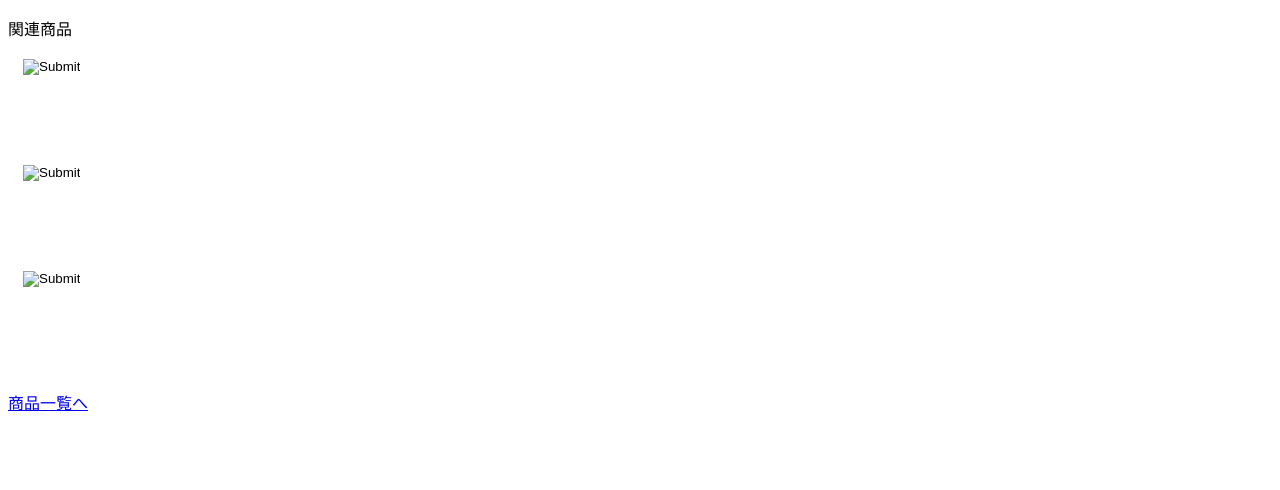
Repository: a4b3c2d1/backup
Page: http://localhost/sagaone-master/itemDetail.jsp
These files come from the project's save history. The page is drawn as it stood at one moment and after the next save; the edit follows.
The browser window is 1280 px wide. The pictures show the whole page.
The page is served by Tomcat 9. Other server files are loaded and not shown.

Above is the page before, as saved 2018-01-14 10:05:16.

### sagaone-master/WebContent/itemDetail.jsp
<%@ page language="java" contentType="text/html; charset=UTF-8"
	pageEncoding="UTF-8"%>
<%@ taglib prefix="s" uri="/struts-tags"%>

<!DOCTYPE html PUBLIC "-//W3C//DTD HTML 4.01 Transitional//EN" "http://www.w3.org/TR/html4/loose.dtd">
<html>
<head>
<meta http-equiv="Content-Type" content="text/html; charset=UTF-8">
<title>商品詳細</title>
</head>
<body>

	<p>
		<s:iterator value="#session.itemdetailDTOList">
			<s:form action="CartAction">
				<tr>
					<td><s:property value="product_name" /></td>
					<td><s:property value="product_name_kana" /></td>
					<td><img src=<s:property value="image_file_path"/> width=auto
						height="200"></td>
					<td><s:property value="price" />円</td>
					<td><select name="count">
							<option value="1" selected="selected">1</option>
							<option value="2">2</option>
							<option value="3">3</option>
							<option value="4">4</option>
							<option value="5">5</option>
					</select></td>
					<td><s:property value="release_company" /></td>
					<td><s:property value="release_date" /></td>
					<td><s:property value="product_description" /></td>
					<td><input type="hidden" name="product_id"
						value="<s:property value='product_id' />"></input></td>
					<td><input type="hidden" name="category_id"
						value="<s:property value='category_id' />"></input></td>
					<td><s:hidden name="addFlg" value="1"></s:hidden></td>
					<td><input type="submit" value="カートに入れる"
						onClick="alert('カートにいれました！');">
					<td>
				</tr>
			</s:form>
		</s:iterator>
	</p>

	<p>
		<s:iterator value="#session.itemdetailDTOList">
			<s:form action="ReviewAction">
				<tr>
					<td><input type="hidden" name="product_id"
						value="<s:property value='product_id' />"></input></td>
					<td><input type="hidden" name="category_id"
						value="<s:property value='category_id' />"></input></td>
					<td><input type="submit" value="レビューを書く"
						<s:if test="%{#session.loginUser !=''}">
					onClick="alert('ログインしてください！');"</s:if>>
				</tr>
			</s:form>
		</s:iterator>

		<s:iterator value="#session.reviewDTO2List">

			<tr>
				<td><s:property value="user_id" /></td>
				<td><s:property value="update_date" /></td>
				<td><s:property value="value" /></td>
				<td><s:property value="review" /></td>
			</tr>
			<br>

		</s:iterator>
	</p>
	<p>
		関連商品
		<s:iterator value="#session.itemrelativeDTOList" begin="0" end="2">
			<s:form action="ItemDetailAction">
				<tr>
					<td><s:property value="product_name" />
					<td><input type="hidden" name="product_id"
						value="<s:property value='product_id' />"></input></td>
					<td><input type="hidden" name="category_id"
						value="<s:property value='category_id' />"></input></td>
					<td><input type="image"
						src="<s:property value="image_file_path"/>" width=auto
						height="100" /></td>
				</tr>
			</s:form>
		</s:iterator>
	</p>
	<s:a href="ItemAction">商品一覧へ</s:a>
</body>
</html>

After the next save:
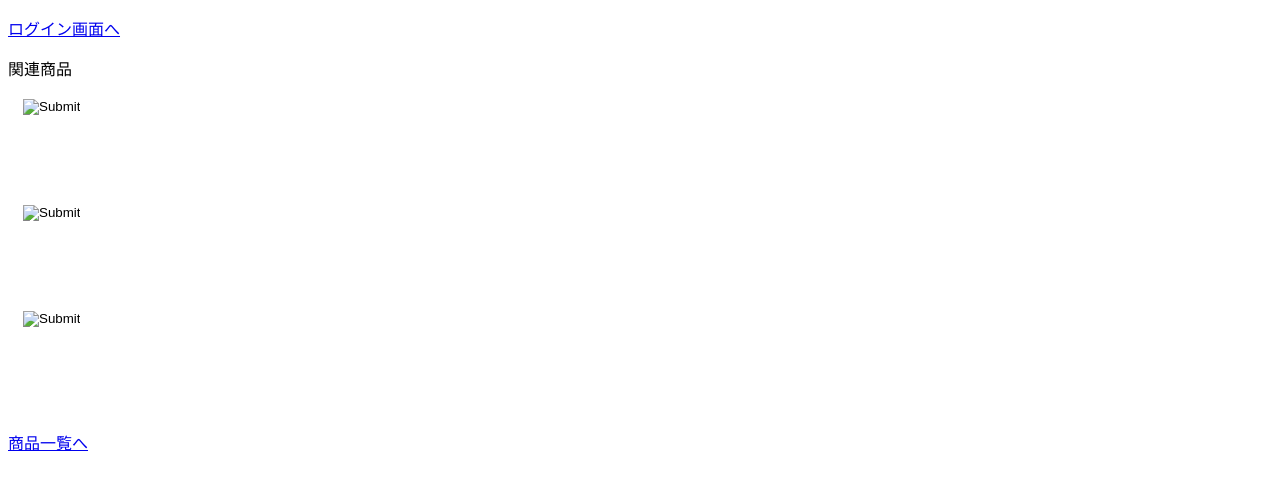
Saved 5 min 15 s later.
--- a/sagaone-master/WebContent/itemDetail.jsp
+++ b/sagaone-master/WebContent/itemDetail.jsp
@@ -57,6 +57,8 @@
 			</s:form>
 		</s:iterator>
 
+		<s:a href="ItemAction">ログイン画面へ</s:a>
+
 		<s:iterator value="#session.reviewDTO2List">
 
 			<tr>

After the 4 saves that followed:
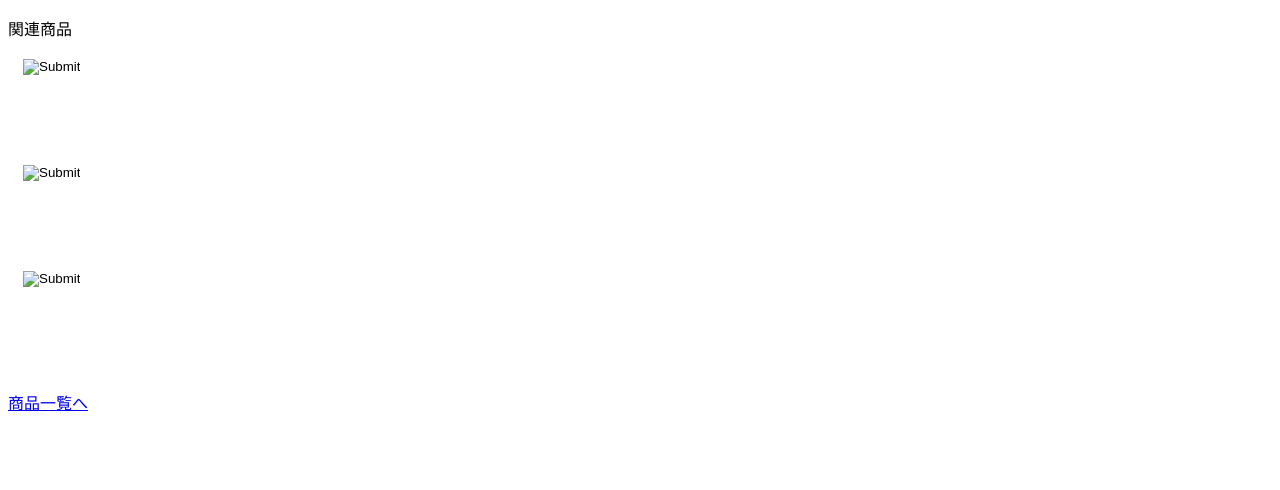
The 4 saves are shown as one change because 1 did not build or start and 2 left the picture as it was.
The last was saved 3 min 13 s later.
--- a/sagaone-master/WebContent/itemDetail.jsp
+++ b/sagaone-master/WebContent/itemDetail.jsp
@@ -56,8 +56,9 @@
 				</tr>
 			</s:form>
 		</s:iterator>
-
-		<s:a href="ItemAction">ログイン画面へ</s:a>
+		<s:if test="loginpage =='1'">
+			<s:a href="ItemAction" escape="false">ログイン画面へ</s:a>
+		</s:if>
 
 		<s:iterator value="#session.reviewDTO2List">
 
